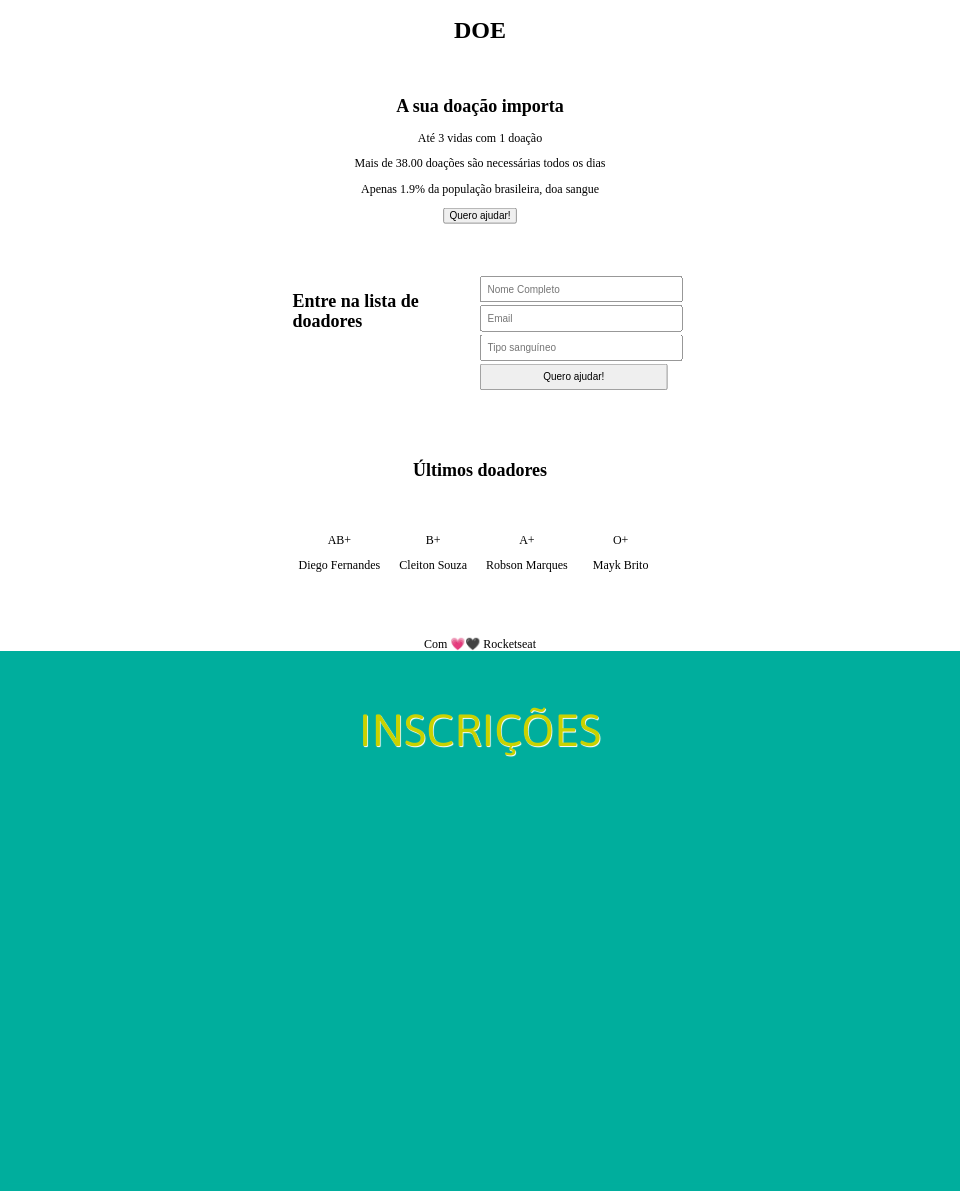
Repository: lucas-silva-dev/Doe
Page: index.html
The author's editor kept a copy of each file at every save. The page is drawn from the files as they stood at one save, then again after the next save.
The browser window is 1280 px wide. The pictures show the whole page, at 75% of full size.

Above is the page before, as saved 2020-02-18 14:25:36.

### index.html
<!DOCTYPE html>
<!-- HTML
  HYPERTEXT
    Texto que contém links para outros documentos

  MARKUP
    Texto conterá marcações
    <tags>

  LANGUAGE
    Para comunicar de certa maneira. Sintaxe específica
-->
<html>

<head>
  <!-- são as configurações da minha página-->
  <title>Doe sangue! Doe vida!</title>

  <link rel="stylesheet" href="style.css">
  <link href="https://fonts.googleapis.com/css?family=Asap&display=swap" rel="stylesheet">

</head>

<body>
  <!-- Aqui vem todo conteúdo visível para o usuário, dentro de certa página-->
  <header>
    <h1>DOE</h1>
    <h2>A sua doação importa</h2>
    <p>Até 3 vidas com 1 doação</p>
    <p>Mais de 38.00 doações são necessárias todos os dias</p>
    <p>Apenas 1.9% da população brasileira, doa sangue</p>
    <button>Quero ajudar!</button>
  </header>

  <section class="form">
    <h2>Entre na lista de doadores</h2>
    <form action="/">
      <input type="text" name="name" placeholder="Nome Completo">
      <input type="text" name="email" placeholder="Email">
      <input type="text" name="blood" placeholder="Tipo sanguíneo">
      <button type="submit">Quero ajudar!</button>
    </form>
  </section>

  <main>
    <h2>Últimos doadores</h2>

    <section class="donors">
      <div class="donor">
        <div class="blood">AB+</div>
        <p>Diego Fernandes</p>
      </div>
      <div class="donor">
        <div class="blood">B+</div>
        <p>Cleiton Souza</p>
      </div>
      <div class="donor">
        <div class="blood">A+</div>
        <p>Robson Marques</p>
      </div>
      <div class="donor">
        <div class="blood">O+</div>
        <p>Mayk Brito</p>
      </div>
    </section>
  </main>

  <footer> Com 💗🖤 Rocketseat</footer>
  <div class="cred">
    <p>INSCRIÇÕES</p>
  </div>
</body>

</html>

### style.css
/*
  CASCADING STYLESHEET
*/

/* GLOBAL */
html,
body {
  margin: 0;
  box-sizing: border-box;
}

body {
  display: flex;
  flex-direction: column;
  /* height: 100vh; */
}

/* TITULOS */
header h1,
main h2 {
  margin-bottom: 70px;
}

/* ESTRUTURA */
header,
main,
footer {
  /* alinhamento de textos */
  text-align: center;
}

header,
.form,
main {
  /* espaçamentos com margin */
  margin: 0 auto 70px;

  /* limites dos elementos */
  width: 90%;
  max-width: 500px;
}

/* FORM */
section.form {
  display: grid;
  grid-template-columns: 1fr 1fr;
}

form input,
form button {
  width: 100%;
  margin-bottom: 4px;
  padding: 8px;
}
/* MAIN */
main .donors {
  display: grid;
  grid-template-columns: 1fr 1fr 1fr 1fr;
}

footer {
  margin-top: auto;
}

div.cred {
  width: auto;
  height: 700px;
  text-align: center;
  font-family: "Asap", sans-serif;
  font-size: 60px;
  background: #00ae9d;
  box-shadow: 0px 4px 4px rgba(0, 0, 0, 0.25), 0px 4px 4px rgba(0, 0, 0, 0.25);
  color: #c9d200;
  mix-blend-mode: normal;
  border: 10px solid #00ae9d;
  text-shadow: 1px 2px 1px #ffffff;
}

After the next save:
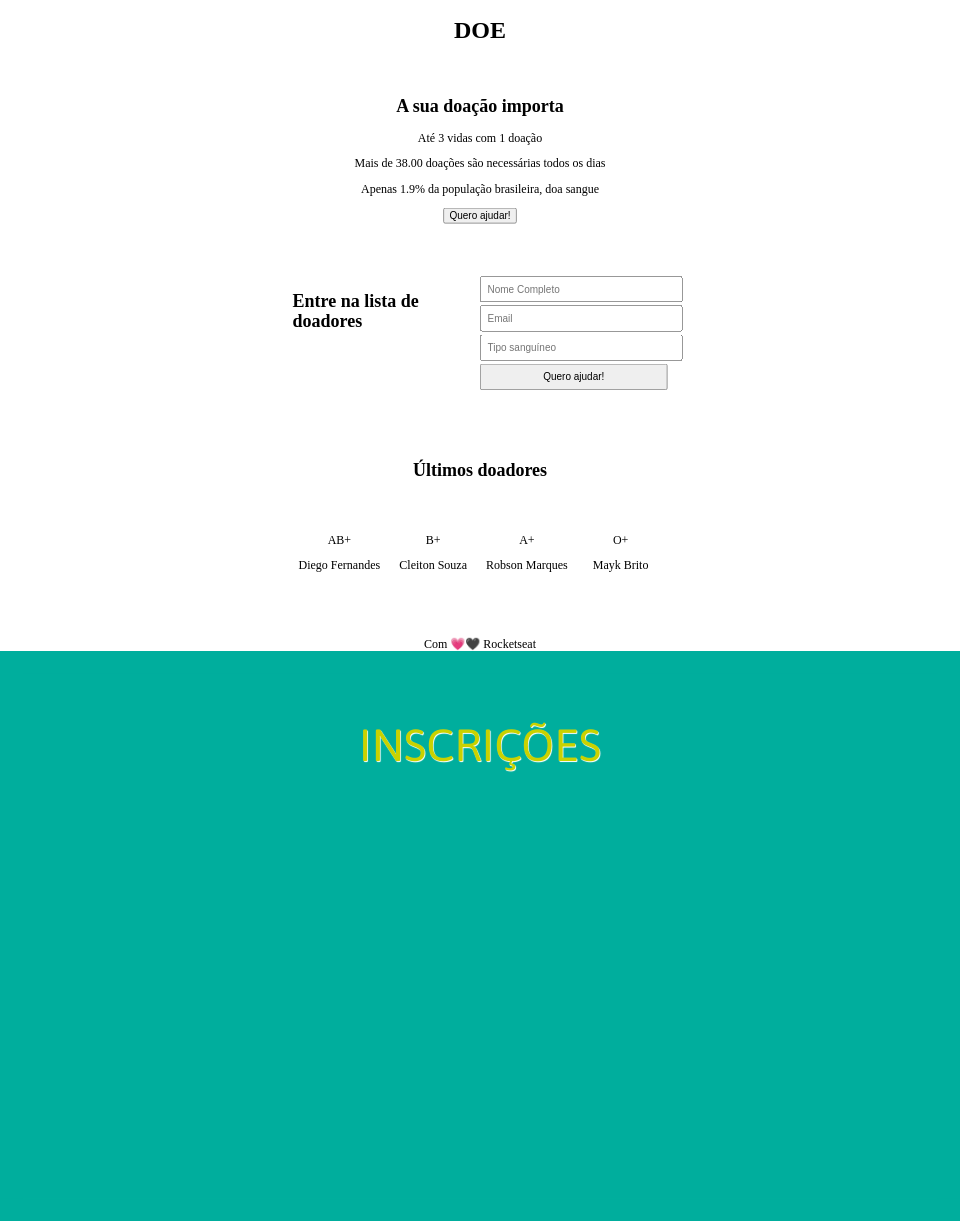
Saved 16 s later.
--- a/style.css
+++ b/style.css
@@ -72,6 +72,6 @@ div.cred {
   box-shadow: 0px 4px 4px rgba(0, 0, 0, 0.25), 0px 4px 4px rgba(0, 0, 0, 0.25);
   color: #c9d200;
   mix-blend-mode: normal;
-  border: 10px solid #00ae9d;
+  border: 30px solid #00ae9d;
   text-shadow: 1px 2px 1px #ffffff;
 }
